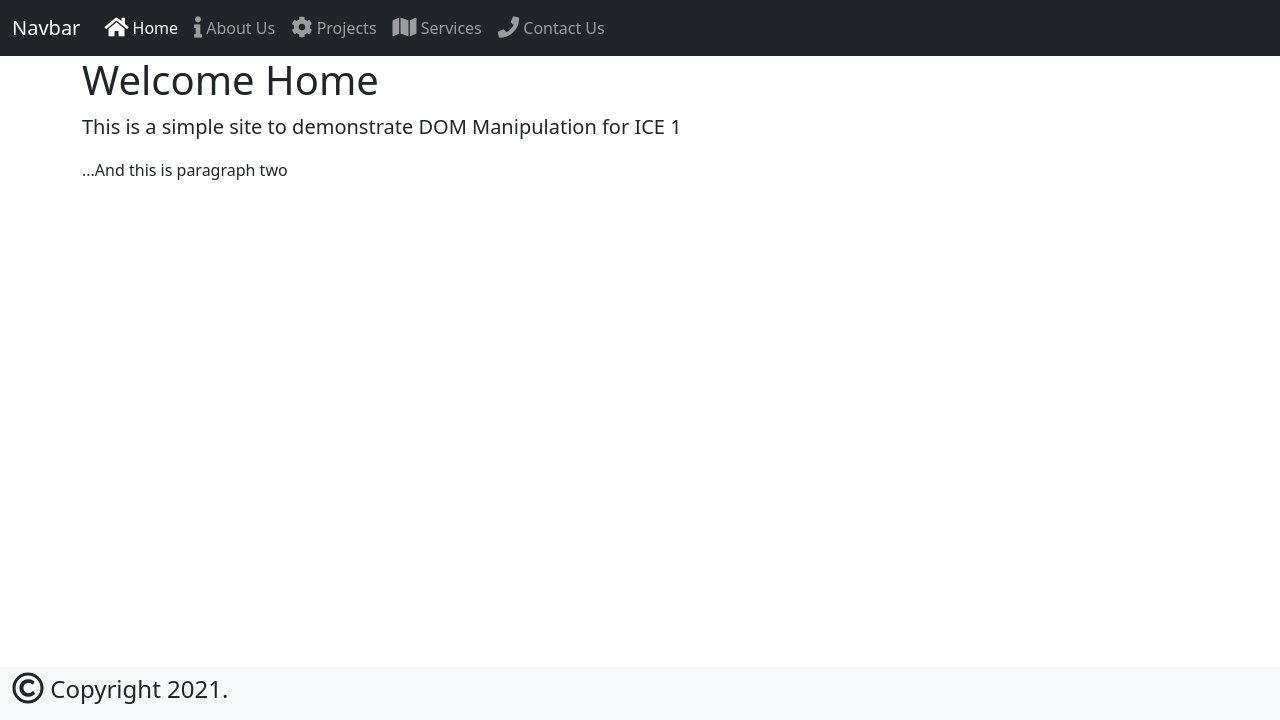
Repository: MuzhdaEhsan/WEBD6201-W2021-ICE1
Page: WEBD6201-W2021-ICE1/index.html
The author's editor kept a copy of each file at every save. The page is drawn from the files as they stood at one save, then again after the next save.
The browser window is 1280 px wide. The pictures show the whole page.

Above is the page before, as saved 2021-01-21 08:36:27.

After the next save:
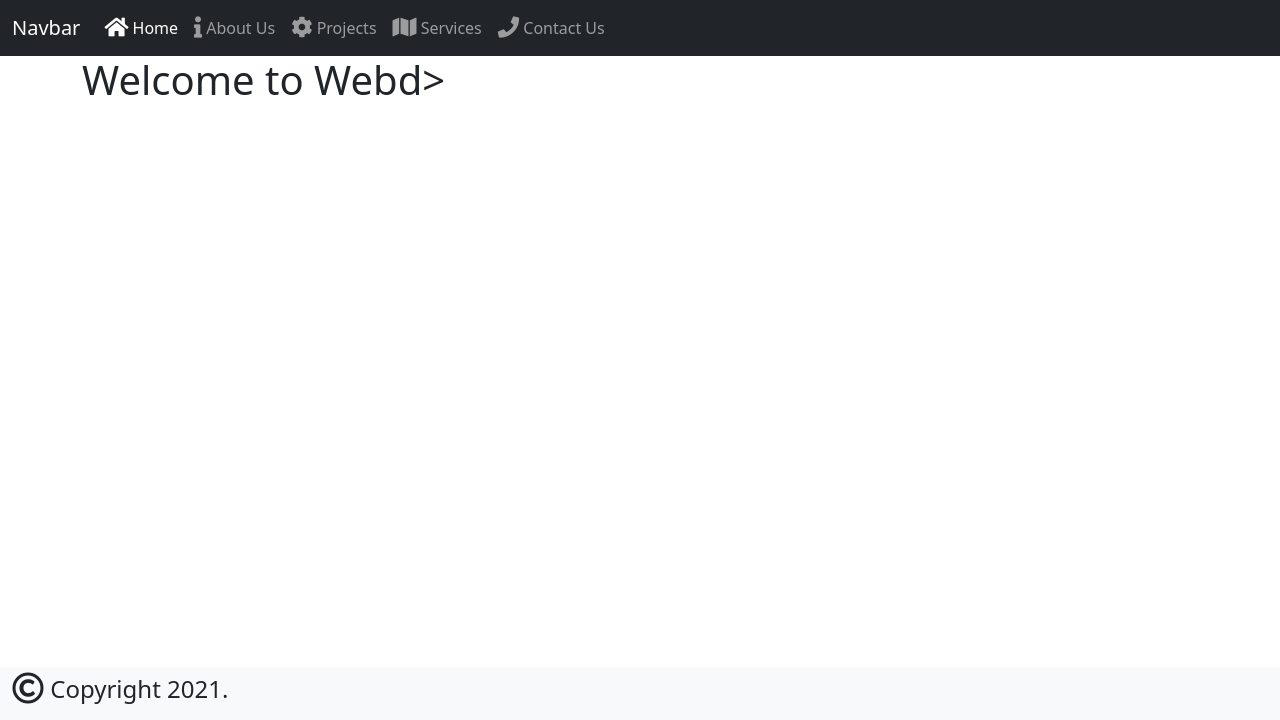
Saved 2 min 40 s later.
--- a/WEBD6201-W2021-ICE1/Scripts/app.js
+++ b/WEBD6201-W2021-ICE1/Scripts/app.js
@@ -51,6 +51,10 @@
         //update
         mainContent.firstElementChild.textContent = "Welcome Home";
 
+        mainContent.innerHTML =
+        `<h1 id="firstHeading">Welcome to Webd></h1>
+        <p id = "paragraphOne"></p>
+        `;
     }
 
     window.addEventListener("load", Start);
